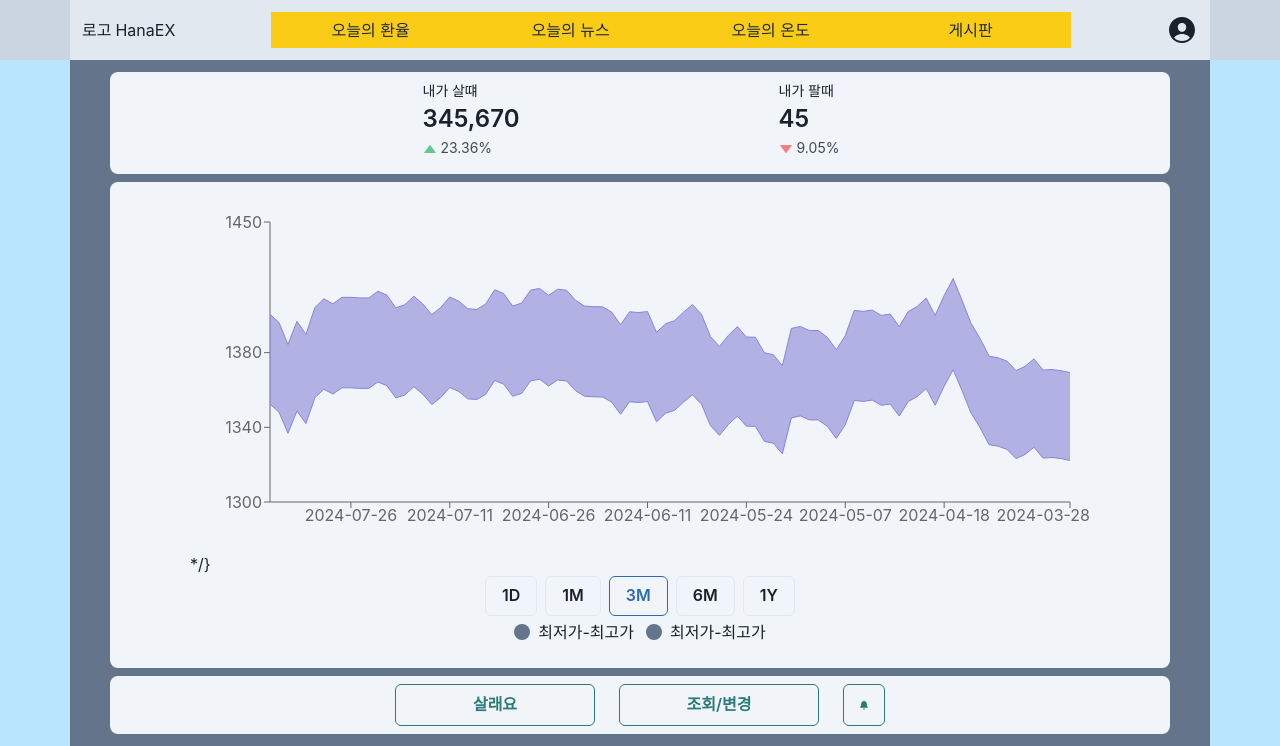
Repository: HANAEX/FRONT
Page: /MainPageDetail
These files come from the project's save history. The page is drawn as it stood at one moment and after the next save; the edit follows.
The browser window is 1280 px wide. The pictures show the whole page.
The project was rebuilt for these pictures with package versions that can differ from the ones it lists, and the page was loaded fresh each time. Also part of the build but not shown: src/components/ChartCard.js, src/components/FlowText.js, src/data/Server_Url.js, src/pages/MainPage.js, src/pages/LoginPage.js, src/pages/MyPage.js, src/components/Toggle.js, src/components/SementicCard.js and 8 more.

Above is the page before, as saved 2024-08-14 10:04:46.

After the next save:
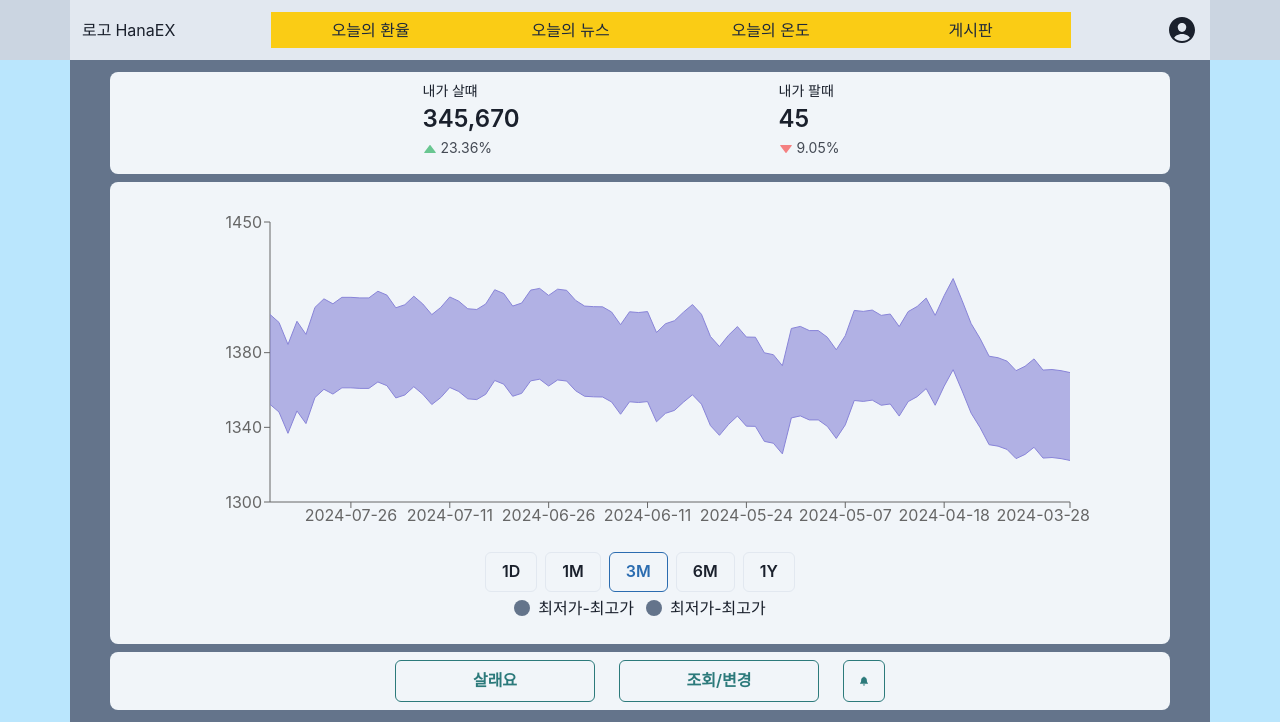
Saved 10 s later.
--- a/src/components/MainChart.js
+++ b/src/components/MainChart.js
@@ -1,4 +1,4 @@
-import { XAxis, YAxis, Area, Line, Tooltip, AreaChart } from 'recharts';
+import { XAxis, YAxis, Area, Tooltip, Line, AreaChart } from 'recharts';
 import { Button, ButtonGroup } from '@chakra-ui/react';
 
 import React, { useState } from 'react'
@@ -27,17 +27,10 @@
   }
   const filtered_rangeData = filterData(timeRange);
 
-  const processedData = filtered_rangeData.map((entry) => ({
-    day: entry.day,
-    priceHigh: entry.price[0],
-    priceLow: entry.price[1],
-    기준율: (entry.price[0] + entry.price[1]) / 2,  // 매매기준율을 평균으로 설정
-  }));
-
   return (
     <div>
       <div>
-        <AreaChart
+        {/* <AreaChart
           width={900}
           height={350}
           data={filtered_rangeData}
@@ -49,21 +42,21 @@
           <YAxis domain={[1300, 1450]}/>
           <Area dataKey="price" stroke="#8884d8" fill="#8884d8" />
           <Tooltip />
-        </AreaChart>
-        {/* <AreaChart
+        </AreaChart> */}
+        <AreaChart
           width={900}
           height={350}
-          data={processedData}
+          data={filtered_rangeData}
           margin={{
             top: 20, right: 20, bottom: 20, left: 20,
           }}
         >
           <XAxis dataKey="day" />
           <YAxis domain={[1300, 1450]} />
-          <Area dataKey="priceHigh" stroke="#8884d8" fill="#8884d8" />
-          {/* <Line type="monotone" dataKey="기준율" stroke="#ff7300" /> */}
-          {/* <Tooltip />
-        </AreaChart> */} */}
+          <Area dataKey="price" stroke="#8884d8" fill="#8884d8" />
+          <Line type="monotone" dataKey="baserate" stroke="#ff7300" /> {/* baserate를 나타내는 LineChart 추가 */}
+          <Tooltip />
+        </AreaChart>
       </div>
       <div className='w-full flex justify-center items-center'>
         <ButtonGroup variant="outline">
@@ -100,9 +93,6 @@
         </ButtonGroup>
       </div>
     </div>
-
-
-
   )
 }
 
